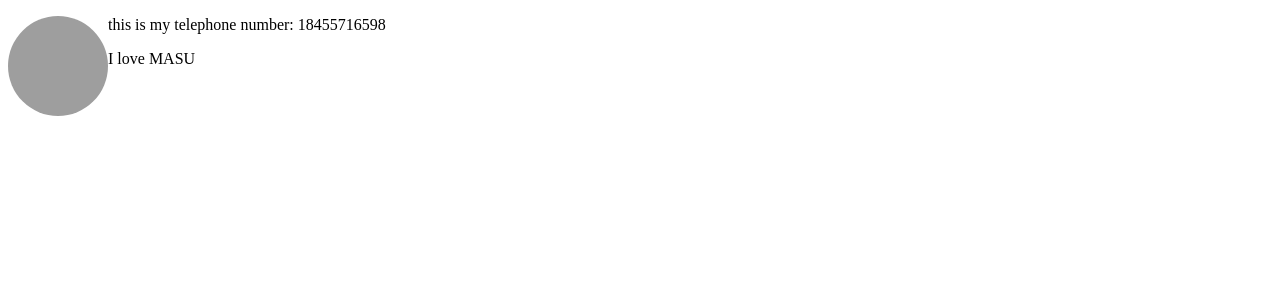
Repository: zyq1120/vscode
Page: HTML/index.html
The author's editor kept a copy of each file at every save. The page is drawn from the files as they stood at one save, then again after the next save.
The browser window is 1280 px wide. The pictures show the whole page.
Pictures or frames that could not be fetched are drawn as grey boxes.

Above is the page before, as saved 2024-09-25 19:51:32.

After the next save:
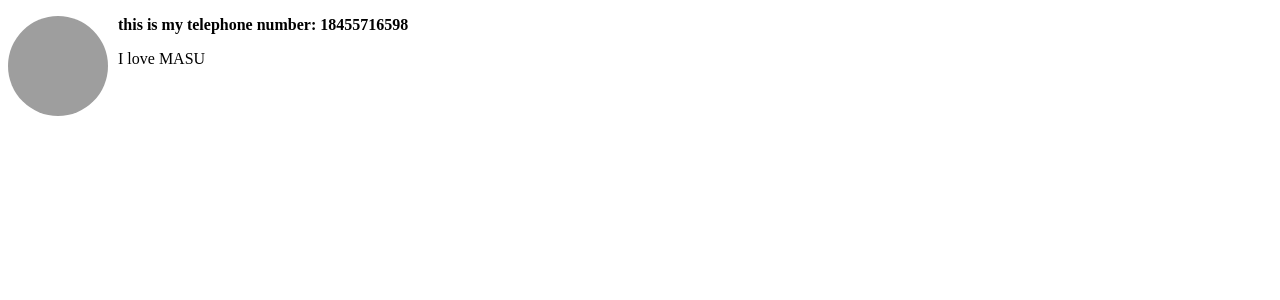
Saved 77 s later.
--- a/HTML/index.html
+++ b/HTML/index.html
@@ -10,7 +10,10 @@
 
                 border-radius: 50px;
                 float: left;
-                margin-right: auto;
+                margin-right: 10px;
+            }
+            .username{
+                font-weight: bold;
             }
         </style>
     </head>
@@ -19,7 +22,7 @@
         <!-- <img src="/images/sum.png" alt="" srcset=""> -->
         <img src="https://lh3.googleusercontent.com/ogw/AF2bZyg2Dxb7oV6SEQKjImaYWhri5a9T3sRpcx-PC8Lh1EeYWQ=s64-c-mo" alt="" >
 
-        <p>this is my telephone number: 18455716598</p>
+        <p class="username">this is my telephone number: 18455716598</p>
         <p>I love MASU</p>
     </body>
  </html>
